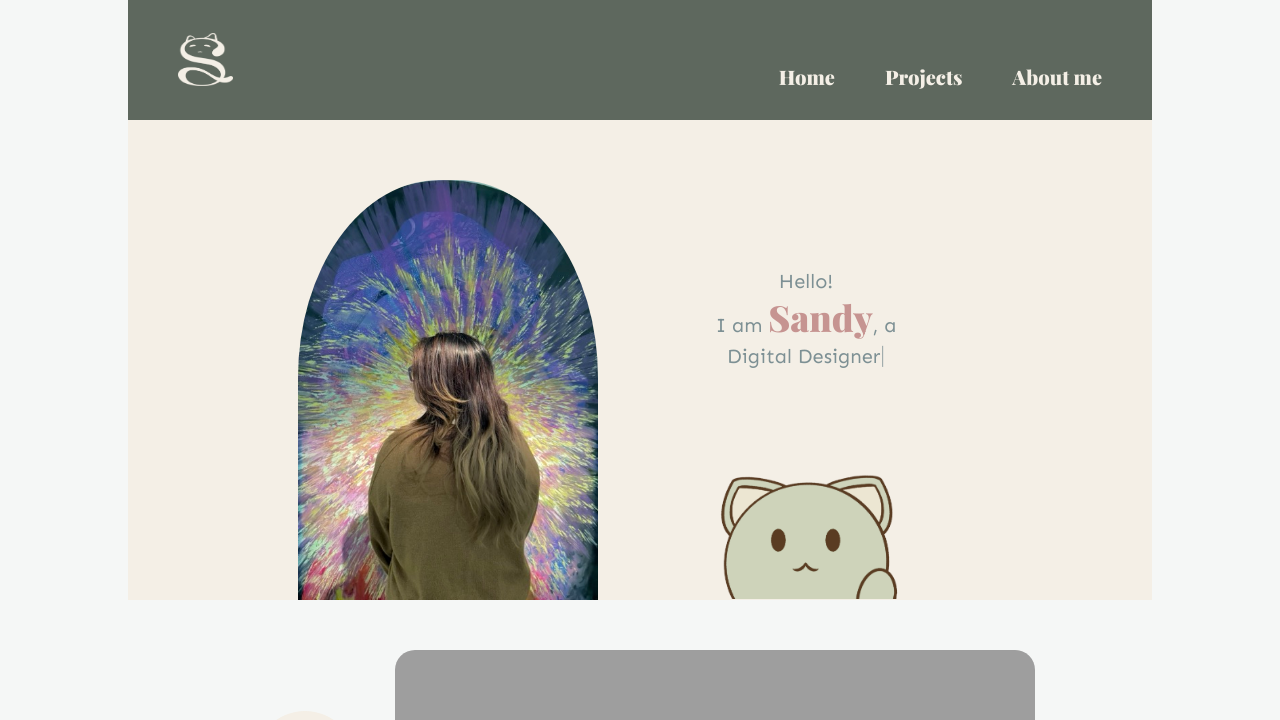
Repository: SandyLy453/portfolio
Page: /
An editor plug-in stored every save of this project. The page is shown before and after the next save, followed by the edit.
The browser window is 1280 px wide. The pictures show the whole page.
Pictures or frames that could not be fetched are drawn as grey boxes. An inner scrolling area shows only its first screen. The project was rebuilt for these pictures with package versions that can differ from the ones it lists, and the page was loaded fresh each time. The framework's server and built-in components were replaced by stand-ins that run in the browser. Also part of the build but not shown: next.config.mjs, modules/Footer/Footer.module.css, modules/Footer/Footer.js, modules/ProjectCard/ProjectCard.module.css, modules/ProjectCard/Projectcard.js.

Above is the page before, as saved 2025-02-17 16:18:57.

After the next save:
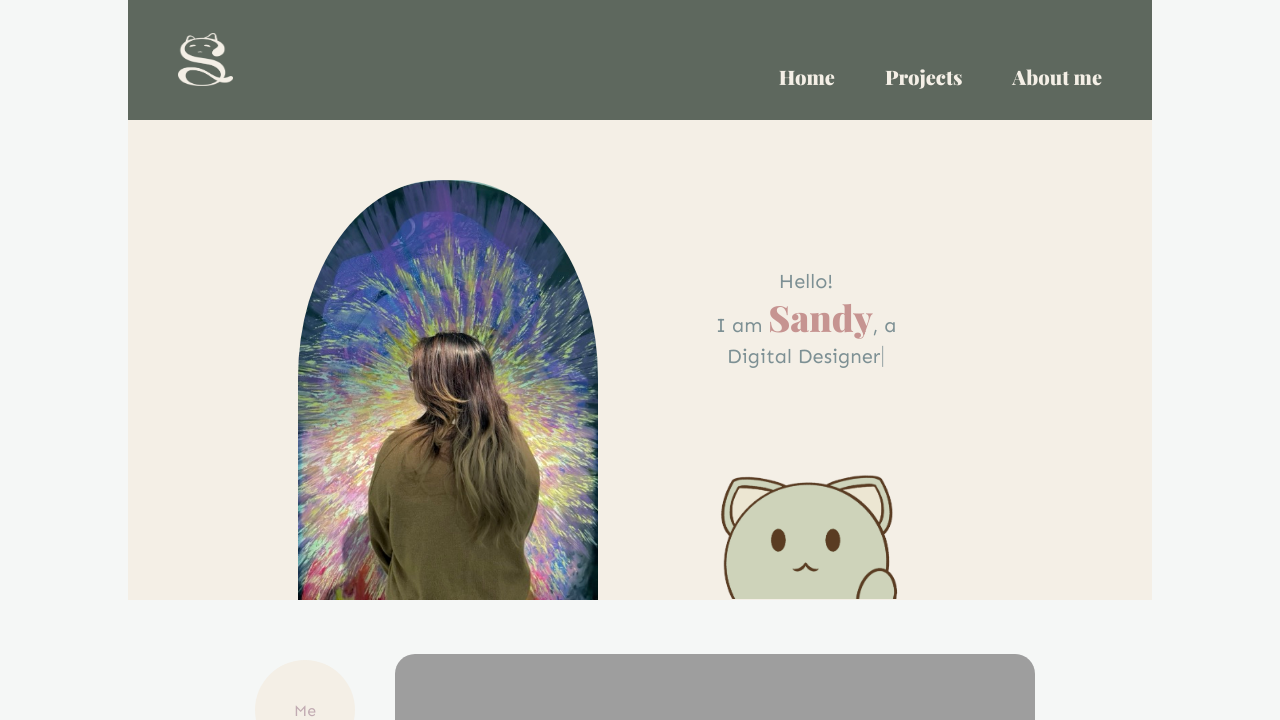
Saved 40 s later.
--- a/modules/ShowCase/ShowCase.js
+++ b/modules/ShowCase/ShowCase.js
@@ -85,13 +85,13 @@ export default function ShowCase() {
                     </div>
                 </div>
 
-                <div className={styles.loadMoreContainer}>
+                {/* <div className={styles.loadMoreContainer}>
                     <Link href="/project" passHref>
                         <button className={styles.loadMoreButton}>
                             More Projects
                         </button>
                     </Link>
-                </div>
+                </div> */}
             </div>
         </div>
     );
